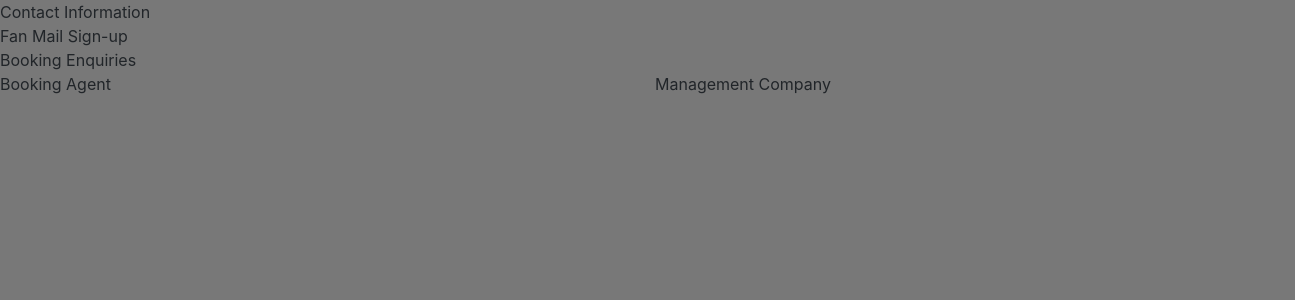
Repository: squiremaguire69/chapter2
Page: contact.html
The author's editor kept a record of every edit. The page is drawn from the files as they stood at one moment, then again after the next edit.
The browser window is 1280 px wide. The page is 1295 px wide, so the pictures cover 1295 px, including what lies to the right of the window. The pictures show the whole page.
Some web libraries are served in a nearby version.

Above is the page before.

### contact.html
<!DOCTYPE html>
<html lang="en">
<head>
    <meta charset="UTF-8">
    <meta name="viewport" content="width=device-width, initial-scale=1.0">
    <meta http-equiv="X-UA-Compatible" content="ie=edge">
    <link rel="stylesheet" href="https://stackpath.bootstrapcdn.com/bootstrap/4.3.1/css/bootstrap.min.css" integrity="sha384-ggOyR0iXCbMQv3Xipma34MD+dH/1fQ784/j6cY/iJTQUOhcWr7x9JvoRxT2MZw1T" crossorigin="anonymous">
    <link rel="stylesheet" href="https://use.fontawesome.com/releases/v5.0.10/css/all.css" integrity="sha384-+d0P83n9kaQMCwj8F4RJB66tzIwOKmrdb46+porD/OvrJ+37WqIM7UoBtwHO6Nlg" crossorigin="anonymous">
    <link rel="stylesheet" href="assets/style.css" type="text/css" />
    <title>Chapter 2 Contact</title>
</head>
<body>
    <header bg-success>Contact Information</header>
    <section bg-info>Fan Mail Sign-up</section>
    <section bg-warning>Booking Enquiries</section>
    <div class="row">
        <div class="col-md-6">Booking Agent</div>
        <div class="col-md-6">Management Company</div>
    </div>

</body>
</html>

### assets/style.css
body {
   background-color: #787878;
}

.navbar-c2 {
    background-color: hsl(0, 0%, 30%);
    margin: 0;
    padding: 0;
}

.nav-button {
    background-color: red;
}

.hero-container {
    margin: 0;
    padding: 0;
    bottom: 0;
    position: relative;
    text-align: center;
    color: white;
}

.hero-images {
    background-image: url("../assets/images/c2-4img-comp.png");
    background-position: left top;
    background-repeat: no-repeat;
    background-size: cover;
    height: 100vh;
    width: 100%;
    bottom: 0;
}

.quote-box {

   position: absolute;
   top: 50%;
   left:50%;
   transform: translate(-50%, -60%);
   width: 200px;
   height: 200px;
   font-size: 20px;
}

.test1 {
    background-color: blue;
}

.test2 {
    background-color: yellow;
}

.test3 {
    background-color: red;
}

.bio-box {
    background-color: #fff;
    border: 1px solid black;
    padding: 0;
    margin: 10px;
    display: inline-block;
    vertical-align: top;
}

After the next edit:
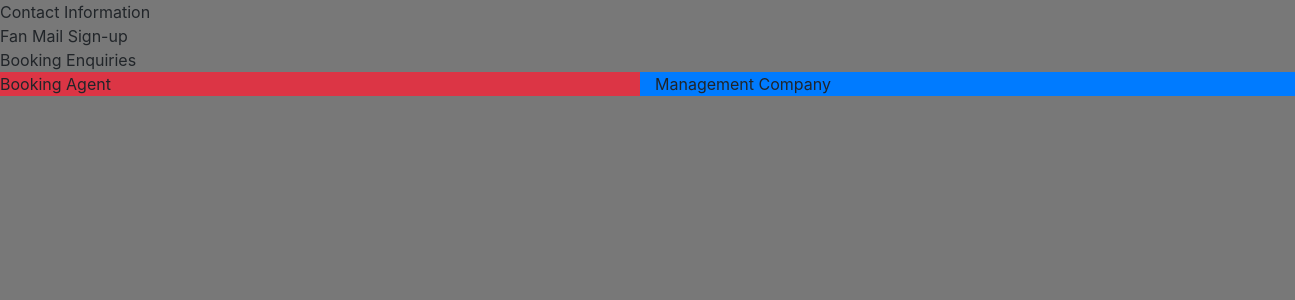
The edit:
--- a/contact.html
+++ b/contact.html
@@ -14,8 +14,8 @@
     <section bg-info>Fan Mail Sign-up</section>
     <section bg-warning>Booking Enquiries</section>
     <div class="row">
-        <div class="col-md-6">Booking Agent</div>
-        <div class="col-md-6">Management Company</div>
+        <div class="col-md-6 bg-danger">Booking Agent</div>
+        <div class="col-md-6 bg-primary">Management Company</div>
     </div>
 
 </body>
